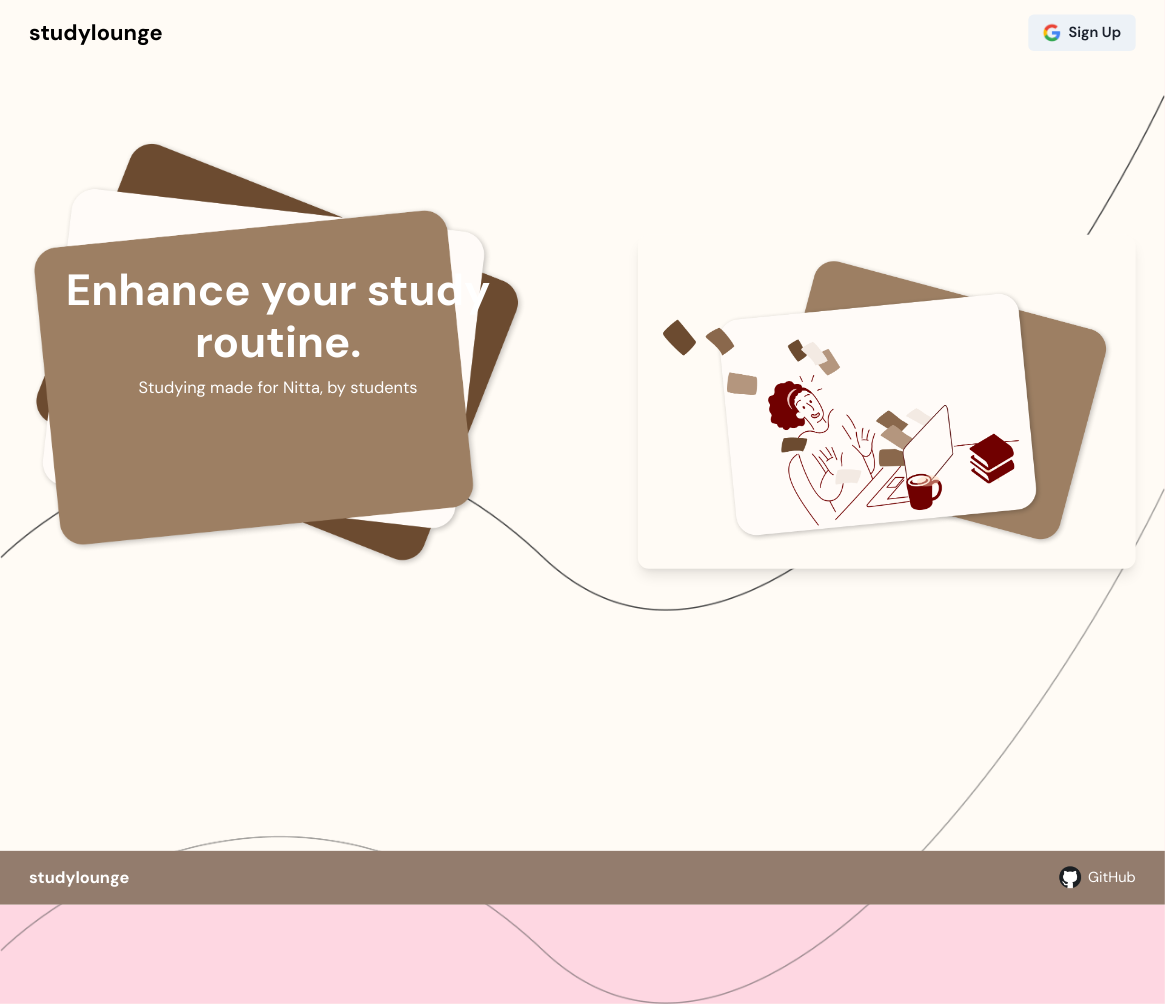
Repository: greg-chang/flashcard-website
Page: / (app in frontend/)
An editor plug-in stored every save of this project. The page is shown before and after the next save, followed by the edit.
The browser window is 1280 px wide. The pictures show the whole page, at 91% of full size.
The page's requests for data from a server got no answer. The project was rebuilt for these pictures with package versions that can differ from the ones it lists, and the page was loaded fresh each time. Some packages were replaced by stand-ins written for this rebuild. The framework's server and built-in components were replaced by stand-ins that run in the browser. No one was signed in, and anything a server would have sent is missing. Also part of the build but not shown: frontend/next.config.ts, frontend/src/components/Dashboard.tsx.

Above is the page before, as saved 2025-06-08 14:52:26.

After the next save:
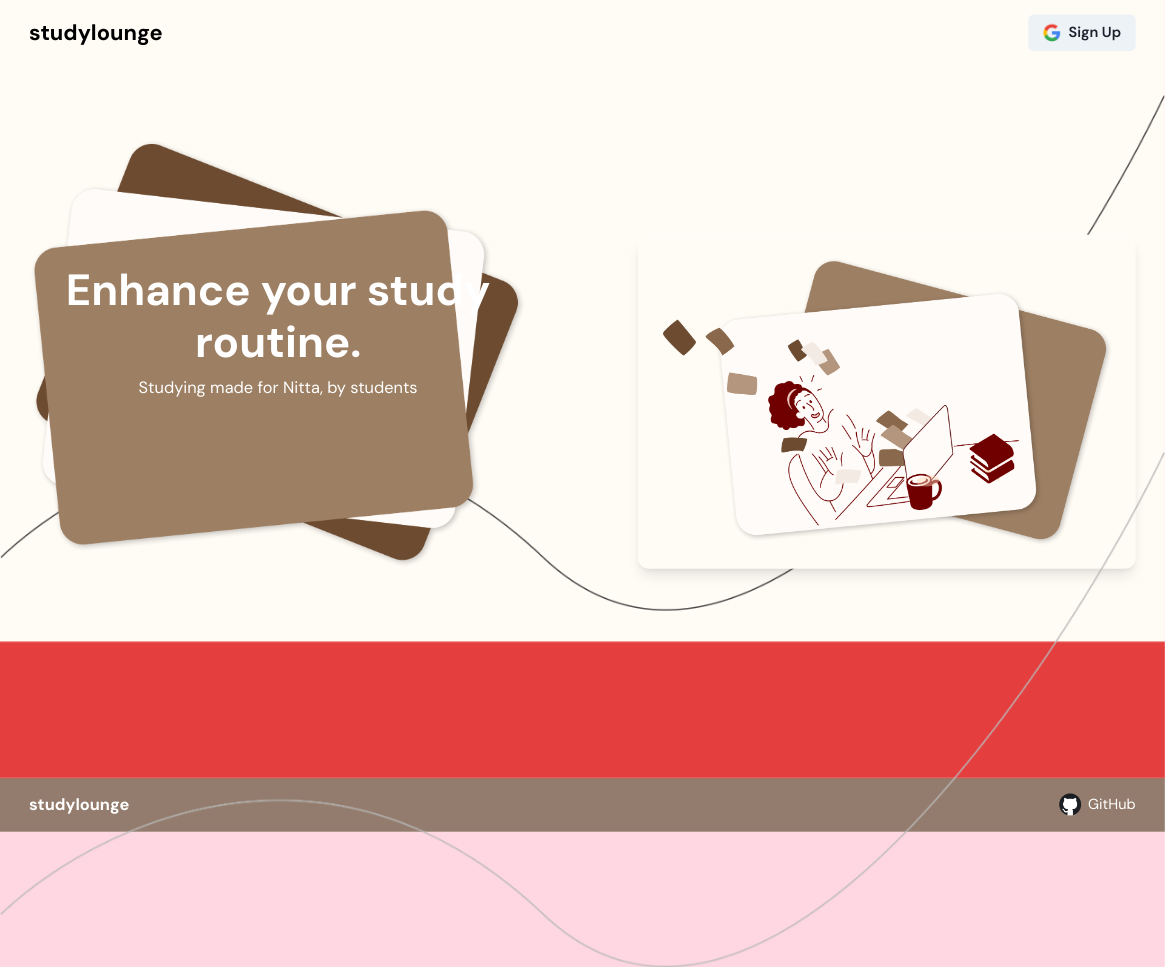
Saved 12 s later.
--- a/frontend/src/components/Homepage.tsx
+++ b/frontend/src/components/Homepage.tsx
@@ -172,10 +172,9 @@ export default function Homepage() {
         display="flex"
         justifyContent="center"
         alignItems="center"
-        py={4} // Add some vertical padding
-        mt={10} // Add margin-top to separate from main content
-        mb={10} // Add margin-bottom to separate from footer
-        opacity="0.5" // Subtle effect
+        bg="red.500" // Set a very noticeable background color
+        opacity="1" // Ensure full visibility
+        zIndex="9999" // Set a very high zIndex
       >
         <Image
           src={StyleLine}
@@ -184,6 +183,7 @@ export default function Homepage() {
           height={150} // Aspect ratio for responsive image
           layout="responsive"
           objectFit="contain"
+          style={{ filter: 'invert(1)' }} // Invert colors to make it visible on red background
         />
       </Box>
 
